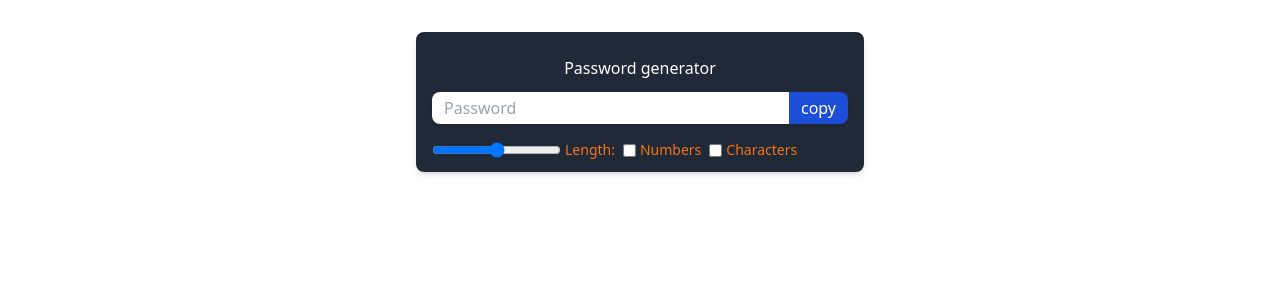
Repository: Adarshjeet0/ReactJs
Page: / (app in 05passwordGenerator/)
An editor plug-in stored every save of this project. The page is shown before and after a run of saves, followed by the edit.
The browser window is 1280 px wide. The pictures show the whole page.
The project was rebuilt for these pictures with package versions that can differ from the ones it lists, and the page was loaded fresh each time. Also part of the build but not shown: 05passwordGenerator/vite.config.js.

Above is the page before, as saved 2024-12-01 11:13:15.

After the next 2 saves:
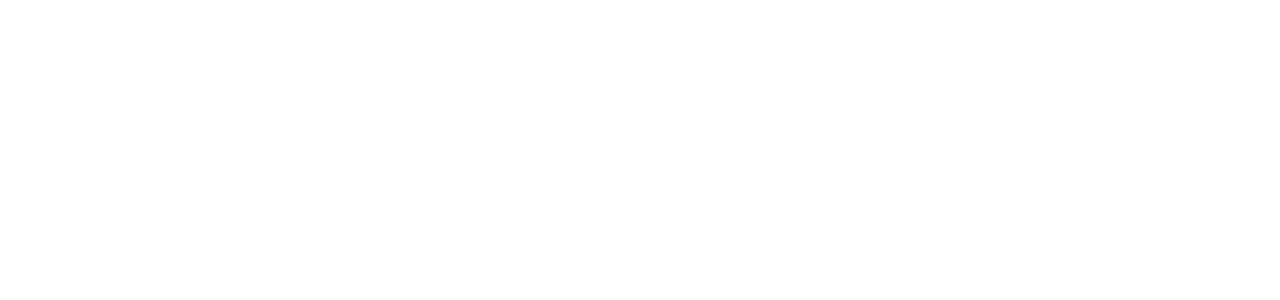
Console error: ReferenceError: cha is not defined
The 2 saves are shown as one change because they came seconds apart.
The last was saved 11 s later.
--- a/05passwordGenerator/src/App.jsx
+++ b/05passwordGenerator/src/App.jsx
@@ -11,7 +11,7 @@
     () => {
       first
     },
-    [length, ],
+    [length, numberAllowed, cha],
   )
 
 

After the save that followed:
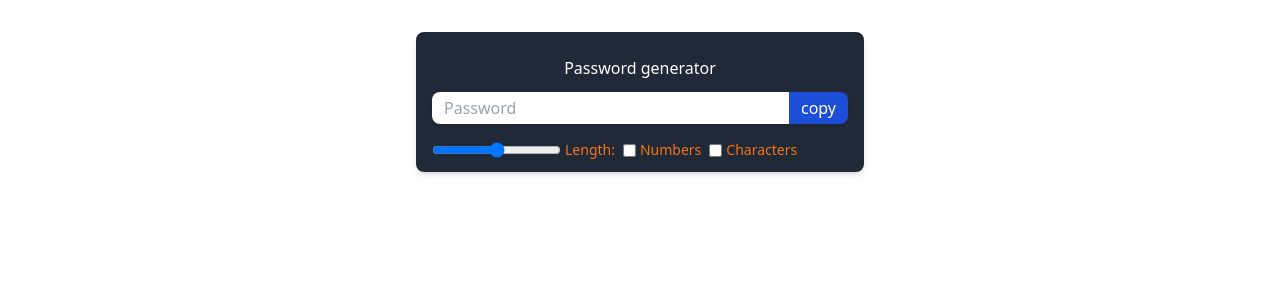
The error is gone.
Saved 6 s later.
--- a/05passwordGenerator/src/App.jsx
+++ b/05passwordGenerator/src/App.jsx
@@ -11,7 +11,7 @@
     () => {
       first
     },
-    [length, numberAllowed, cha],
+    [length, numberAllowed, setCharAllowed],
   )
 
 
